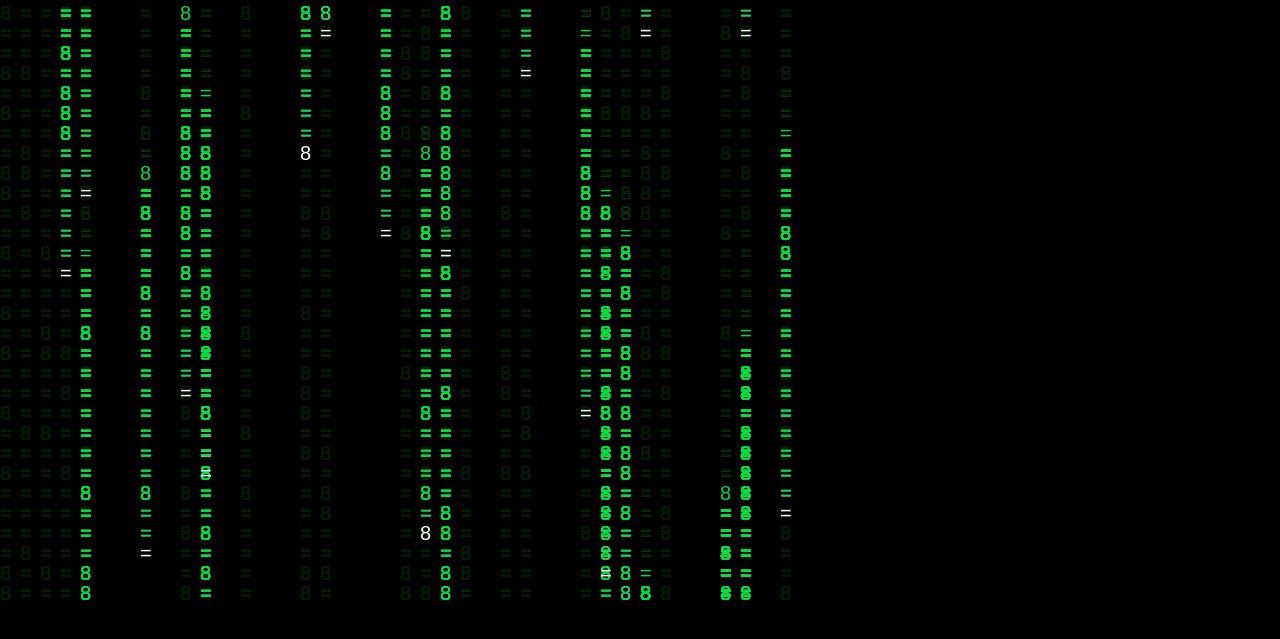
Repository: superdids/DAT152
Page: http://localhost/DigitalRain/
The author's editor kept a copy of each file at every save. The page is drawn from the files as they stood at one save, then again after the next save.
The browser window is 1280 px wide. The pictures show the whole page.
The page is served by Tomcat 9.

Above is the page before, as saved 2015-08-31 09:10:55.

### DigitalRain/WebContent/index.html
<!DOCTYPE html>
<html>
<head>
<meta charset="UTF-8">
<script type="text/javascript" src="js/digitalRain.js"></script>
<link href="css/style.css" rel="stylesheet" type="text/css" />
<title>Insert title here</title>
</head>
<body>

<canvas id="c"></canvas>

</body>
</html>

### DigitalRain/WebContent/js/digitalRain.js
"use strict";

var canvas, ctx, fontSize, cols;
//var symbols = generateSymbols();
//var symbols = "あかさたないきしちにうくすつぬえけせてねおこそとのはまやらわひみりをふむゆるんへめれ".split("");
var symbols = "===8".split("");

var drops = [];
var toDim = [];
var count = [];
var len = 20;
function draw()
{

	for(var x = 0; x < drops.length; x++) {
		if(rand(200) > 198 || drops[x] > 0) {
			toDim[x][drops[x]]  = symbols[rand(symbols.length)];

			if(drops[x] - len >= 0) {
				ctx.fillStyle = "black";
				ctx.clearRect(x*fontSize, (drops[x]-len)*fontSize, fontSize, fontSize);

			}
			ctx.fillStyle = "#01DF3A";
			for(var y = 1; y < len; y++) {
				ctx.fillText(toDim[x][drops[x]-y], x*fontSize, (drops[x]-y)*fontSize);
			}

			ctx.fillStyle = "#071907";
			for(var y = len; y < drops[x]; y++) {
				ctx.fillText(toDim[x][drops[x]-y], x*fontSize, (drops[x]-y)*fontSize);
			}

			ctx.fillStyle = "#FFFFFF";
			ctx.fillText(toDim[x][drops[x]] , x*fontSize, drops[x]*fontSize);

			if(drops[x]*fontSize > canvas.height && rand(1000) > 975) {
				drops[x] = 0;
			}




			drops[x]++;
		}
	}
}

//window.onresize = function() {
//canvas = document.getElementById('c');
//canvas.width = screen.width;
//canvas.height= screen.height;
//ctx = canvas.getContext("2d");
//fontSize = 20;
//cols = canvas.width/fontSize;
//}

window.onload = function() {
	canvas = document.getElementById('c');
	canvas.width = screen.width;
	canvas.height= screen.height;

	ctx = canvas.getContext("2d");
	fontSize = 20;
	cols = canvas.width/fontSize;
	for(var x = 0; x < cols; x++) {
		drops[x] = 0;
		toDim[x] = new Array();
		count[x] = 0;
	}
	ctx.font = fontSize + "px arial";
	window.setInterval(draw, 20);
}





function rand(arg) {
//	console.log(Math.floor(Math.random() * arg));
	return Math.floor(Math.random() * arg);
}

function generateSymbols() {
	var arr = ["0", "1", "2", "3", "4", "5", "6", "7", "8", "9", "@", "#", "$", "%", "&", "{", "}", "[", "]", "="];
	return arr;
}

### DigitalRain/WebContent/css/style.css
/*basic reset*/
* {margin: 0; padding: 0;}
/*adding a black bg to the body to make things clearer*/
body {background: black;}
canvas {display: block;}

After the next save:
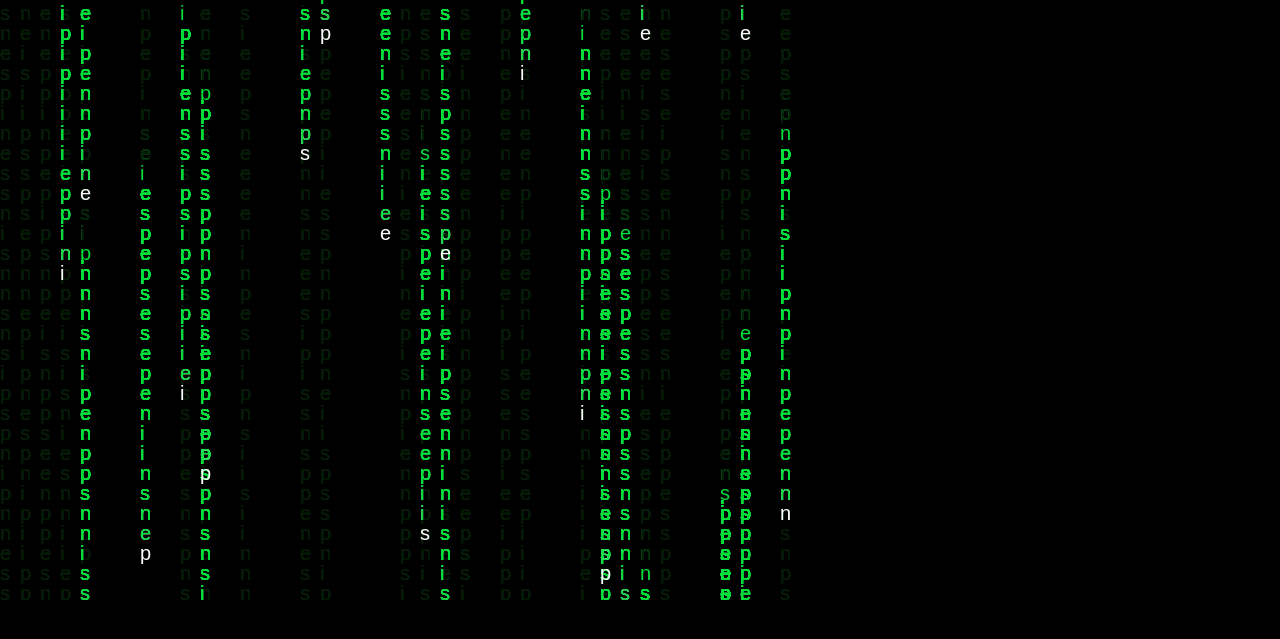
Saved 12 s later.
--- a/DigitalRain/WebContent/js/digitalRain.js
+++ b/DigitalRain/WebContent/js/digitalRain.js
@@ -3,7 +3,8 @@
 var canvas, ctx, fontSize, cols;
 //var symbols = generateSymbols();
 //var symbols = "あかさたないきしちにうくすつぬえけせてねおこそとのはまやらわひみりをふむゆるんへめれ".split("");
-var symbols = "===8".split("");
+//var symbols = "===8000".split("");
+var symbols = "penis";
 
 var drops = [];
 var toDim = [];
